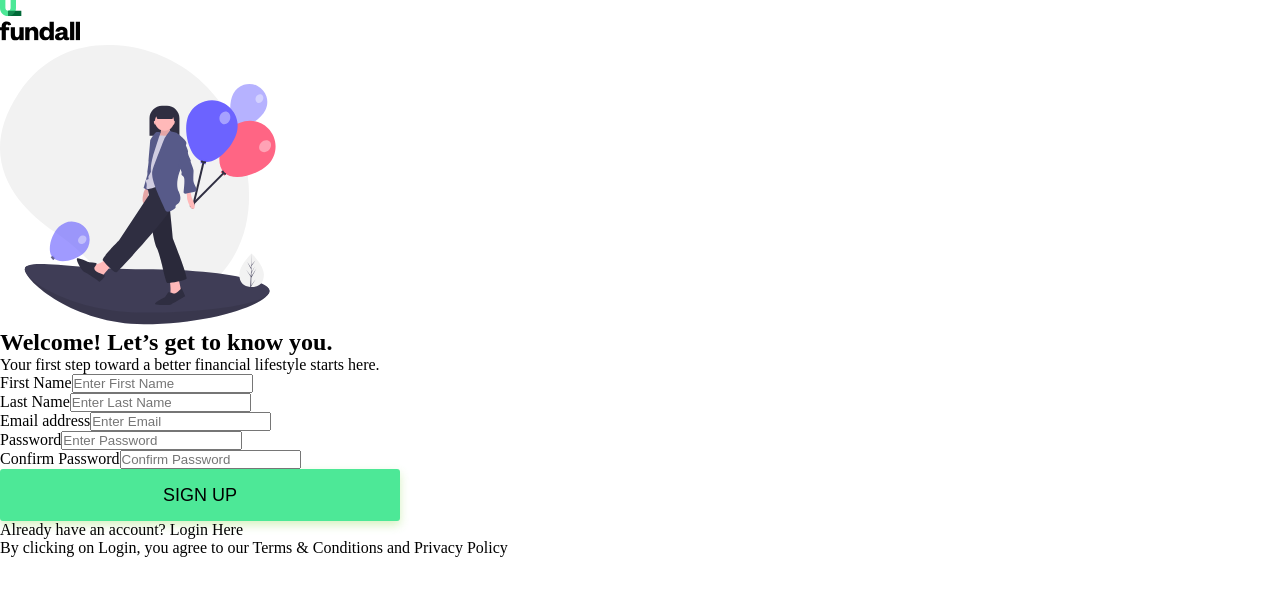
Repository: nilesjamex/niffty
Page: /login
The author's editor kept a copy of each file at every save. The page is drawn from the files as they stood at one save, then again after the next save.
The browser window is 1280 px wide. The pictures show the whole page.
The project was rebuilt for these pictures with package versions that can differ from the ones it lists, and the page was loaded fresh each time. Also part of the build but not shown: src/components/Nav.vue, src/views/Home.vue, src/views/SignUp.vue.

Above is the page before, as saved 2022-04-16 20:33:39.

### src/main.js
import { createApp } from 'vue'
import App from './App.vue'
import router from './router'
import '@/styles/global.scss'

createApp(App).use(router).mount('#app')

### src/App.vue
<template>

  <router-view/>
</template>
<script>
// @ is an alias to /src

export default {
  components: {
  }
}
</script>
<style lang="scss">


#nav {
  padding: 30px;

  a {
    font-weight: bold;
    color: #2c3e50;

    &.router-link-exact-active {
      color: #42b983;
    }
  }
}
</style>

### src/router/index.js
import { createRouter, createWebHistory } from 'vue-router'
import Home from '../views/Home.vue';
import SignUp from '../views/SignUp.vue';
import Login from '../views/Login.vue';

const routes = [
  {
    path: '/',
    name: 'Home',
    component: Home
  },
  {
    path: '/signup',
    name: 'signup',
    component: SignUp
  },
  {
    path: '/login',
    name: 'login',
    component: Login
  }
]

const router = createRouter({
  history: createWebHistory(process.env.BASE_URL),
  routes
})

export default router

### src/styles/global.scss
@import './variables';
@import './mixins.scss';
@import './_typography.scss';
* {
    margin: 0;
    padding: 0;
    box-sizing: border-box;
    max-width: 100vw;
}
@font-face {
    font-family: "CircularStd";
    src: local(CircularStd) url(../fonts/circular-std-medium-500.ttf) format(opentype);
}
input {
    outline: none;
}
button {
    border: none;
    outline: none;
}
a {
    color: inherit;
    text-decoration: none;
}
li {
    list-style: none;
}
.button--signup {
    width: 98.01px;
    height: 42px;
    background: $access-bg;
    border-radius: 10px;
    @include flex(center, center);
    @include access {

    }
}
.button--submit {
    width: 400px;
    height: 52px;
    background: #4DE897;
    box-shadow: 0px 4px 10px rgba(118, 212, 45, 0.3);
    border-radius: 3px;
    @include flex(center, center);
    @include access;
}

### src/views/Login.vue
<template>
  <section class="signup">
      <div class="signup--box">
          <div class="signup--intro">
              <div class="signup--intro--logo">
                  <img src="@/assets/logo.svg" alt="">
              </div>
              <div class="signup--intro--content">
                  <div class="signup--intro--content--img">
                      <img src="@/assets/girl.svg" alt="">
                  </div>
                  <div class="signup--intro--content--text">
                      <h2>
                          <span>Welcome!</span> Let’s get to know you.
                      </h2>
                      <p>
                          Your first step toward a better financial lifestyle starts here.
                      </p>
                  </div>
              </div>
          </div>
          <!-- form -->
          <div class="signup--form">
              <form action="">
                  <div class="signup--form--container">
                      <div class="signup--form--name--box">
                          <div class="signup--form--name">
                              <label>First Name</label>
                              <input type="text" name="" placeholder="Enter First Name" id="">
                          </div>
                          <div class="signup--form--name">
                              <label>Last Name</label>
                              <input type="text" name="" placeholder="Enter Last Name" id="">
                          </div>
                      </div>
                      <div class="signup--form--input">
                          <label>Email address</label>
                          <input type="email" name="" placeholder="Enter Email" id="">
                      </div>
                      <div class="signup--form--input">
                          <label>Password</label>
                          <input type="password" name="" placeholder="Enter Password" id="">
                      </div>
                      <div class="signup--form--input">
                          <label>Confirm Password</label>
                          <input type="password" name="" placeholder="Confirm Password" id="">
                      </div>
                      <button class="button--submit">
                          SIGN UP
                      </button>
                      <div class="signup--form--login">
                          <p>
                              Already have an account? <span>Login Here</span>
                          </p>
                      </div>
                  </div>
              </form>
               <div class="signup--form--terms">
              <p>
                  By clicking on Login, you agree to our <span>Terms & Conditions and Privacy Policy</span>
              </p>
          </div>
          </div>
      </div>
  </section>
</template>

<script>
export default {

}
</script>

<style>

</style>

### src/styles/_variables.scss
// colors
$access-bg: #4CE895;

### src/styles/mixins.scss
@mixin flex($justify: flex-start, $align: flex-start) {
    display: flex;
    justify-content: $justify;
    align-items: $align;
}

### src/styles/_typography.scss
@mixin access {
    font-family: 'CircularStd', sans-serif;
    font-size: 1.125rem;
    line-height: 23px;
    color: #000000;
    @content;
}
@mixin heading1 {
    font-family: 'CircularStd', sans-serif;
    font-size: 2.5rem;
    line-height: 51px;
    color: #000000;
    @content;
}
@mixin heading2 {
    font-family: 'CircularStd', sans-serif;
    font-size: 1.5rem;
    line-height: 30px;
    color: #000000;
    @content;
}
@mixin caption {
    font-family: 'CircularStd', sans-serif;
    font-size: 1.3rem;
    line-height: 27px;
    color: #000000;
    @content;
}
@mixin input {
    font-family: 'CircularStd', sans-serif;
    font-style: normal;
    font-size: 18px;
    line-height: 23px;
    color: #30443C;
    @content;
}
@mixin placeholder {
    font-family: 'Nunito Sans';
    font-style: normal;
    font-weight: 400;
    font-size: 18px;
    line-height: 25px;
    color: #30443C;
    mix-blend-mode: normal;
    opacity: 0.5;
    @content;
}
@mixin login {
    font-family: 'Nunito Sans';
    font-style: normal;
    font-weight: 400;
    font-size: 16px;
    line-height: 22px;
    color: #1B2420;
    @content;
}

Loaded but not shown: public/index.html (common file)

After the next save:
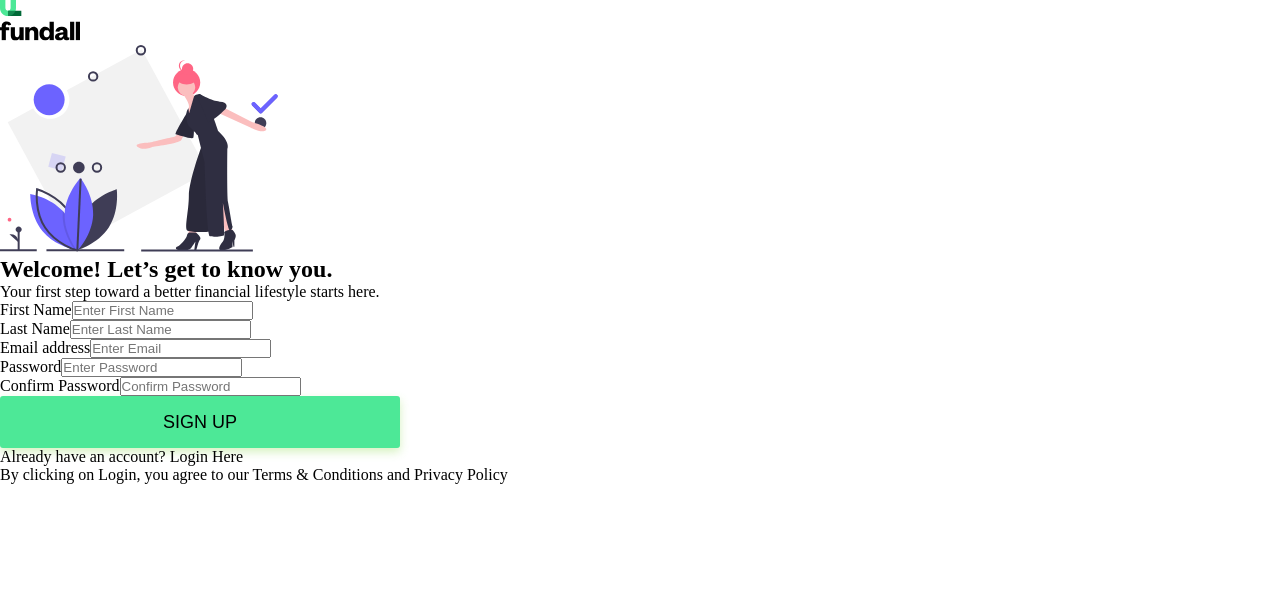
Saved 3 min 10 s later.
--- a/src/views/Login.vue
+++ b/src/views/Login.vue
@@ -7,7 +7,7 @@
               </div>
               <div class="signup--intro--content">
                   <div class="signup--intro--content--img">
-                      <img src="@/assets/girl.svg" alt="">
+                      <img src="@/assets/welcome.svg" alt="">
                   </div>
                   <div class="signup--intro--content--text">
                       <h2>
